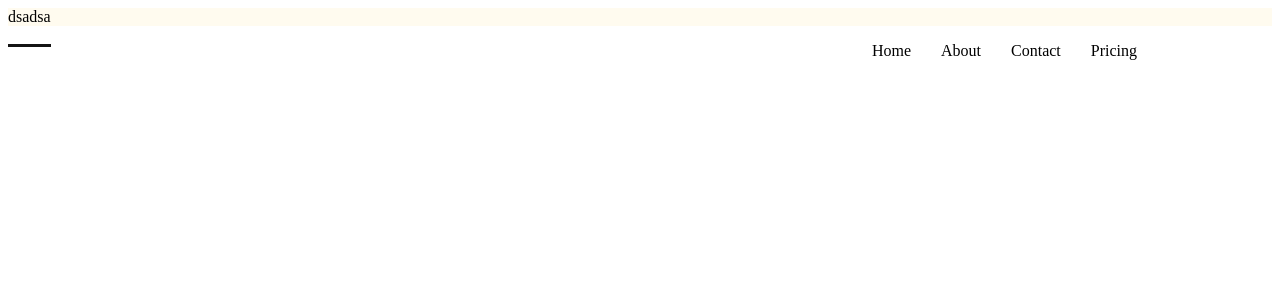
Repository: ngocphuocha/4lifeteam-marketing-agency
Page: index.html
These files come from the project's save history. The page is drawn as it stood at one moment and after the next save; the edit follows.
The browser window is 1280 px wide. The pictures show the whole page.

Above is the page before, as saved 2023-03-13 14:54:29.

### index.html
<!DOCTYPE html>
<html lang="en">
  <head>
    <meta charset="UTF-8" />
    <meta http-equiv="X-UA-Compatible" content="IE=edge" />
    <meta name="viewport" content="width=device-width, initial-scale=1.0" />
    <title>Landing page</title>
    <!-- hoang nhi css -->
    <link rel="stylesheet" href="css/footer-service.css" />
  </head>
  <body>
    <!-- Our service (Hoang nhi) -->

    <!--  our service (hoang nhi) -->
  </body>


    <div class="background-footer">
          <!-- <div class="footer-text">@ All right reserved 2022 webdesign.gdn</div> -->
          <div class="list-left">
            <a>dsadsa</a>
          </div>
          <div class="list-right">
            <ul>
              <li>
                <a>Home</a>
              </li>
              <li>
                <a>About</a>
              </li>
              <li>
                <a>Contact</a>
              </li>
              <li>
                <a>Pricing</a>
              </li>
            </ul>
          </div>
          <div class="navbar">
            <a style="color: white;">dsadsa</a>
          </div>
    </div>
</html>

### css/footer-service.css


.background-footer{
    width: 100%;
    background: #FFFBEF;
}

.background-footer .footer-text{
    margin-left: 135px;
}



.background-footer .list-right{
   float: right;
}

.background-footer .list-right ul{
   display: flex;
   list-style: none;
   margin-right: 135px;
 }
 .background-footer .list-right ul li{
    padding-left: 30px;
  }

  .background-footer .navbar{
    float: left;
    border-bottom: 3px solid rgba(5, 5, 5, 0.938);
    width: 70%px;
 }

After the next save:
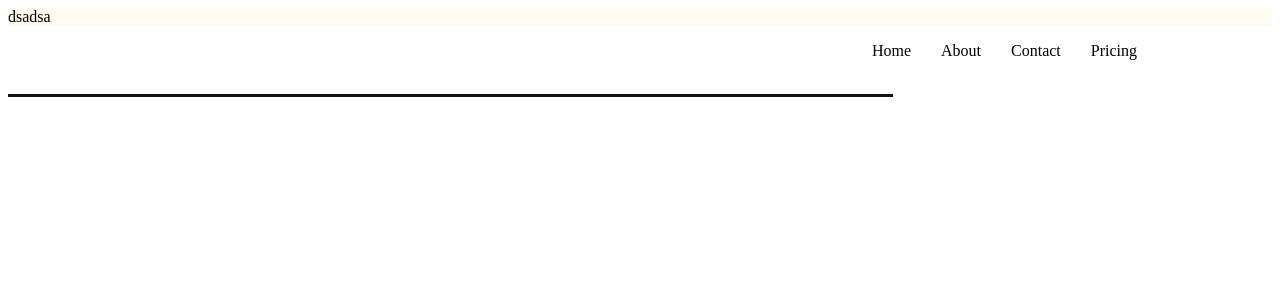
Saved 6 s later.
--- a/css/footer-service.css
+++ b/css/footer-service.css
@@ -27,5 +27,5 @@
   .background-footer .navbar{
     float: left;
     border-bottom: 3px solid rgba(5, 5, 5, 0.938);
-    width: 70%px;
+    width: 70%;
  }
